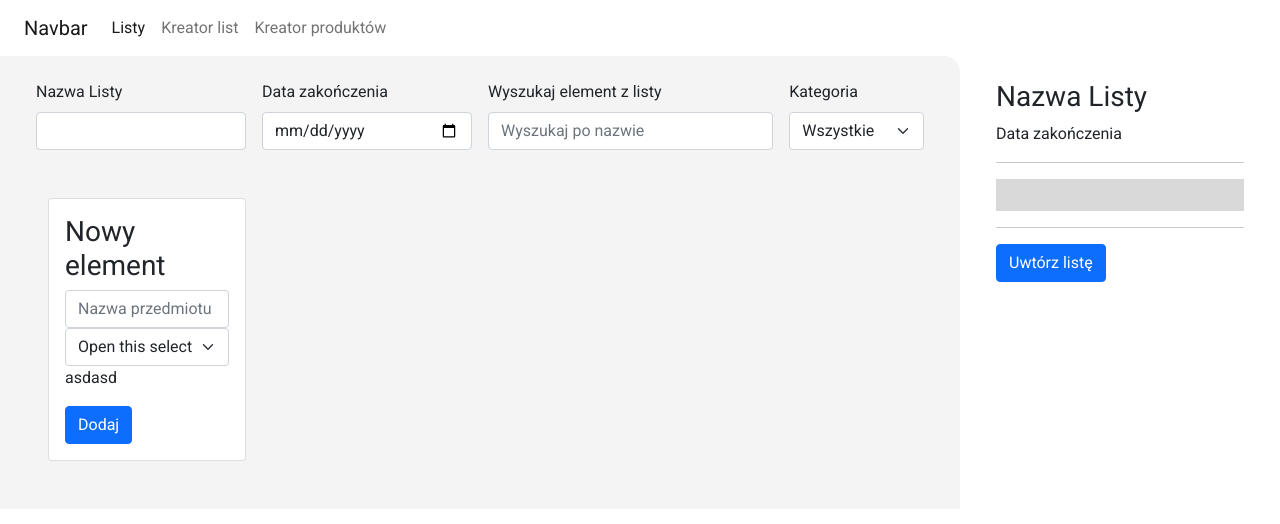
Repository: alphatra/Task-menager
Page: http://localhost/php/src/views/createList.php
An editor plug-in stored every save of this project. The page is shown before and after the next save, followed by the edit.
The browser window is 1280 px wide. The pictures show the whole page.
The page is run by PHP 8.4 with error messages shown; the project is at /var/www/html/. Queries for data that is not in the repository find no rows.

Above is the page before, as saved 2023-02-11 17:03:45.

### php/src/views/createList.php
<!DOCTYPE html>
<html lang="en">
<head>
    <meta charset="UTF-8">
    <meta http-equiv="X-UA-Compatible" content="IE=edge">
    <meta name="viewport" content="width=device-width, initial-scale=1.0">
    <title>Document</title>
    <script src="https://ajax.googleapis.com/ajax/libs/jquery/3.6.1/jquery.min.js"></script>
    <link href="https://cdn.jsdelivr.net/npm/bootstrap@5.0.2/dist/css/bootstrap.min.css" rel="stylesheet" integrity="sha384-EVSTQN3/azprG1Anm3QDgpJLIm9Nao0Yz1ztcQTwFspd3yD65VohhpuuCOmLASjC" crossorigin="anonymous">
    <script src="https://cdn.jsdelivr.net/npm/@popperjs/core@2.9.2/dist/umd/popper.min.js" integrity="sha384-IQsoLXl5PILFhosVNubq5LC7Qb9DXgDA9i+tQ8Zj3iwWAwPtgFTxbJ8NT4GN1R8p" crossorigin="anonymous"></script>
    <script src="https://cdn.jsdelivr.net/npm/bootstrap@5.0.2/dist/js/bootstrap.min.js" integrity="sha384-cVKIPhGWiC2Al4u+LWgxfKTRIcfu0JTxR+EQDz/bgldoEyl4H0zUF0QKbrJ0EcQF" crossorigin="anonymous"></script>
    <script>
        const catergories = {
            1: 'Elektronika',
            2: 'Meble',
            3: 'Kosmetyki',
            4: 'Jedzenie',
            5: 'Ubrania',
            6: 'Zabawki',
            7: 'Sport',
            8: 'Książki',
            9: 'Narzędzia',
            10: 'RTV'
        }

        console.log(catergories);
        $(document).ready(function() {
            const select = $('select');
            $.each(catergories, function(i, item) {
                $('select').append($("<option>", {
                    value: item,
                    text: item
                }))
                $('select').append($("<option>", {
                    value: item,
                    text: item
                }))
            });
            let _dataItems = [];
            let private_item = $(`<div class="col-xl-3 col-lg-4 col-md-6 col-12 mb-4">
                        <div class="card">
                            <div class="card-body">
                                <h3 class="card-title">Nowy element</h3>
                                <input type="text" class="form-control" id="priv_item" placeholder="Nazwa przedmiotu">
                                <select id="inputState" class="form-select">
                                    <option selected>Open this select menu</option>

                                    </select>
                                <p class="card-text">asdasd</p>
                                <input class="btn btn-primary" id="add_tolist" type="button" value="Dodaj">
                            </div>
                        </div>
                    </div>`);
    let loadData = (param,_category) => {
        $.ajax({
            url: '../controller.php',
            dataType: 'json',
            method: 'POST',
            data:{tablename:"products", search: param, category:_category},
            beforeSend: function() {
                $("#loading-image").show();
             },
            success: function(data) {
                console.log(data);
                let content = $('#objects').empty()
                content.append(private_item)
                let dataItems = JSON.parse(JSON.stringify(data))
                _dataItems = data
                dataItems = dataItems.map((item) => {
                    return $(`
                    <div class="col-lg-3 col-md-5 col-sm-5 mb-4">
      <div class="card">
        <div class="card-header img-atas" style="background-image: url('https://picsum.photos/300/100'); background-position: 50% 10%;">
        </div>
        <div class="card-body">
          <div class="row">
            <h5>${item.product_name}</h5>
          </div>
          <div class="row">
            <h6 class="text-secondary">${catergories[item.category_id]}</h6>
          </div>
          <div class="row">
            <div class="d-flex justify-content-between">
              <p class="text-primary">${item.product_description.substring(0, 29)}</p>
              <p class="text-warning">
		<input class="btn btn-primary" id="add_tolist" type="button" value="Dodaj" data-product-id="${item.id_product}" data-product-name="${item.product_name}" data-product-quantity="1">
		</p>
            </div>
          </div>
        </div>
      </div>
    </div>
                    `)
                })
                content.append(dataItems)

            },
            error: function (jqXHR, exception){
                console.log(jqXHR, exception);

            }
        })

    }
    let createList_Ajax = (param) =>{
        $.ajax({
            url: '../controller_1.php',
            method: 'POST',
            data:{data: param},
            cache: false,
            success: function(data) {
                console.log(data);
            },
            error: function (xhr, status, error){
                console.log(status);

            }
        })
    }
    let createListItems_Ajax = (param) =>{
        $.ajax({
            url: '../controller_1.php',
            method: 'POST',
            data:{data: param},
            cache: false,
            success: function(data) {
                console.log(data);
            },
            error: function (xhr, status, error){
                console.log(status);

            }
        })
    }

    loadData()

    $("#searchItem, select").on("keyup change", function() {
        let inputVal = $("#searchItem").val();
        let selectVal = $("select").val();
        if (inputVal.length > 0 || selectVal > 0) {
            inputVal = inputVal.length == 0 ? '' : inputVal;
            selectVal = selectVal == 0 ? '' : selectVal;
            loadData(inputVal, selectVal);
        } else {
            loadData();
        }
    });
    let products = {product_id:[],product_title:[],qty:[]};
    let list = {
            list_name: '',
            end_date: '',
            products: [products]
        };

    let add_products = (id, title, quantity) => {
        if (!checkIfExists(id)) {
            products.product_id.push(id);
            products.product_title.push(title);
            products.qty.push(quantity);
        }
    }

    let checkIfExists = (id) => {
        for (let i = 0; i < products.product_id.length; i++) {
            if (products.product_id[i] === id) {
                return true;
            }
        }
        return false;
    }

    let searchedProduct = (_id) =>{
        let found =  _dataItems.find(e => e.id_product == _id)
        return found.product_name
    }

    let generateContent = (_item,_qty) => {
        let content = $('#list_elements')
        content.empty()
        console.log(_qty);
        let listItems = _item.map((item) => {
            return $(`
            <h5>${searchedProduct(+item)}</h5>
            <input type="number" id="qty" value="1" class="form-control form-icon-trailing" />
            `)})
        content.append(listItems)
    }

    let crateList = () => {
        if(list.list_name != '' || list.end_date != '' || products.product_id.length != 0){
            console.log(list);
            createList_Ajax(list)
        }
    }
    $(document).on("click", "#add_tolist", function() {
        //console.log(list);
        //console.log(+this.name);
        //console.log(searchedProduct(+this.name));
        var productId = $(this).data('product-id');
        var productName = $(this).data('product-name');
        var productQuantity = $(this).data('product-quantity');

        console.log("Id produktu: " + productId);
        console.log("Nazwa produktu: " + productName);
        console.log("Ilość produktu: " + productQuantity);
        // Obsługa okienka modalnego z bootstrapa
        var myModal = new bootstrap.Modal(document.getElementById("exampleModal"))
        if(list.list_name == '' || list.end_date == ''){
            myModal.show()
            $(document).on("click", ".btn-secondary", function() {
                myModal.hide()
            })
            if (list.list_name == '') {
                $("#listName").addClass("is-invalid")
            }else{
                $("#listName").removeClass("is-invalid")
            }
            if (list.end_date == '') {
                $("#endDate").addClass("is-invalid")
            }else{
                $("#endDate").removeClass("is-invalid")
            }
            //console.log("Nie",list)
        }else{
            add_products(productId, productName, productQuantity);
            generateContent(list.products['product_id'],list.products['qty'])
            $("#listName, #endDate").removeClass("is-invalid")
            //console.log("Tak",list);
        }
    });
    $(document).on("click", "#crateList_button", function() {
        console.log(crateList());
    });
    $("#listName, #endDate").on("keyup change",function(){
        list = {
            list_name: $("#listName").val(),
            end_date: $("#endDate").val(),
            products: products
        }
        $("#list_name").text($("#listName").val());
        $("#end_date").text($("#endDate").val());
    });
})

    </script>
    <link rel="stylesheet" href="../assets/style.css">
</head>
<body>
    <!-- Modal -->
    <div class="modal fade" id="exampleModal" tabindex="-1" role="dialog" aria-labelledby="exampleModalLabel" aria-hidden="true">
        <div class="modal-dialog">
            <div class="modal-content">
                <div class="modal-header">
                    <h5 class="modal-title" id="exampleModalLabel">Uwaga!</h5>
                    <button type="button" class="btn-close" data-dismiss="modal" aria-label="Zamknij"></button>
                </div>
                <div class="modal-body">
                    Nie wypełniłeś wszystkich pól!
                </div>
                <div class="modal-footer">
                    <button type="button" class="btn btn-secondary" data-dismiss="modal">Zamknij</button>
                </div>
            </div>
        </div>
    </div>

    <div class="container-fluid">
        <nav class="navbar navbar-expand-lg navbar-light ">
            <div class="container-fluid">
                <a class="navbar-brand" href="#">Navbar</a>
                <button class="navbar-toggler" type="button" data-bs-toggle="collapse" data-bs-target="#navbarNav" aria-controls="navbarNav" aria-expanded="false" aria-label="Toggle navigation">
                    <span class="navbar-toggler-icon"></span>
                </button>
                <div class="collapse navbar-collapse" id="navbarNav">
                    <ul class="navbar-nav">
                        <li class="nav-item">
                            <a class="nav-link active" href="/">Listy</a>
                        </li>
                        <li class="nav-item">
                            <a class="nav-link" aria-current="page" href="views/createList.php">Kreator list</a>
                        </li>
                        <li class="nav-item">
                            <a class="nav-link" href="views/createProduct.php">Kreator produktów</a>
                        </li>
                    </ul>
                </div>
            </div>
        </nav>
        <div class="row">
            <div class="col-lg-9" style="background-color: #F4F4F4; border-top-right-radius: 1rem">
                <div class="container py-4 px-4">
                <form class="row g-3 needs-validation" novalidate>
                    <div id="listName_" class="col-md-3">
                        <label for="listName" class="form-label">Nazwa Listy</label>
                        <input type="text" class="form-control" id="listName" required>
                        <div class="invalid-feedback">
                            Podaj nazwę listy!
                        </div>
                    </div>
                    <div id="endDate_" class="col-md-3">
                        <label for="endDate" class="form-label">Data zakończenia</label>
                        <input type="date" class="form-control" id="endDate" required>
                        <div class="invalid-feedback">
                            Podaj nazwę listy!
                        </div>
                    </div>
                    <div id="searchItem_" class="col-md-4">
                        <label for="searchItem" class="form-label">Wyszukaj element z listy</label>
                        <input type="search" class="form-control" id="searchItem" aria-label="Search" placeholder="Wyszukaj po nazwie">
                    </div>
                    <div class="col-md-2">
                        <label for="inputState" class="form-label">Kategoria</label>
                        <select id="inputState" class="form-select">
                            <option selected value="0">Wszystkie</option>

                        </select>
                    </div>
                </form>
                <div id="objects" class="row m-0 mt-5"></div>
                </div>
            </div>
            <div class="col-lg-3">
                <div class="container pt-4">
                <h3 id="list_name">Nazwa Listy</h3>
                <span id="end_date">Data zakończenia</span>
                <hr class="hr1" />
                <div id="list_elements" class="px-3 py-3" style="background-color:#D9D9D9"></div>
                <hr class="hr1" />
                <button type="submit" id="crateList_button" class="btn btn-primary">Uwtórz listę</button>
                </div>
            </div>
        </div>
    </div>
</body>
</html>

### php/src/controller.php
<?php
session_start();
require_once('./model/CRUD.php');


$db = new db();
$_tablename = $_POST['tablename'];
if(isset($_POST['search'])){
    $search = $_POST['search'];
    $result = $db->searchData($_tablename,$search,'');
    if(isset($_POST['category'])){
        $_category = $_POST['category'];
        $result = $db->searchData($_tablename,$search,$_category);
    }
    echo $result;
}else{
    echo $db->getData($_tablename);
}
?>

### php/src/model/CRUD.php
<?php
class db{
    private $conn;
    public $servername;
    public $username;
    public $password;
    public $database;
    public $tablename;

    public function __construct($host="db", $database="mydb",
                                $username="root", $password="root"){
        $this->host = $host;
        $this->database = $database;
        $this->username = $username;
        $this->password = $password;

        try {
            // Tworzenie połączenia
            $this->conn = new mysqli($host, $username, $password, $database);
        } catch (Exception $e) {
            // Sprawdzanie połączenia
            die("Connection failed: " . mysqli_connect_error());

        }

        return $this->conn;
    }

    // Wyświetlanie list z bazy danych
    public function getData($tablename){
        $this->tablename = $tablename;
        $query = "SELECT * FROM $this->tablename";
        $result = mysqli_query($this->conn, $query);
        $result = mysqli_fetch_all($result, MYSQLI_ASSOC);

        return json_encode($result);
    }

    // Wyświetlanie list z bazy danych wraz z wyszukiwaniem
    public function searchData($tablename, $search, $category){
        $this->tablename = $tablename;
        $this->search = $search;
        $this->category = $category;
        if($tablename == 'products'){
            $query = "SELECT * FROM $this->tablename WHERE product_name LIKE '$this->search%'";
            if($category != ''){
                $query .= " AND category_id = $this->category";
            }
        }else{
            $query = "SELECT * FROM $this->tablename WHERE name LIKE '$this->search%'";
            if($category != ''){
                $query .= " AND category_id = $this->category";
            }
        }
        $result = mysqli_query($this->conn, $query);
        $result = mysqli_fetch_all($result, MYSQLI_ASSOC);

        return json_encode($result);
    }
    /*
    public function searchData($tablename="", $search=""){
        $this->tablename = "list";
        $this->search = "{$search}%";
        $query = "SELECT * FROM $this->tablename WHERE name LIKE ?";
        $stmt = $this->conn->prepare($query);
        $stmt->bind_param("s",$search);
        $stmt->execute();
        $result = $stmt->get_result();

        return json_encode($result->fetch_all(MYSQLI_ASSOC));
    }
    */

    // Dodawanie produktów do bazy danych
    public function createProduct($Param){
        $product_name = $Param[0];
        $product_description = $Param[1];
        $product_image = $Param[2];
        $category_id = $Param[3];
        $query = "INSERT INTO products (product_name, product_description, product_image, category_id)
                    VALUES ('{$product_name}', '{$product_description}', '{$product_image}', '{$category_id}')";

        mysqli_query($this->conn, $query);
    }

    public function fetchData($Data){
        $this->Data = $Data;
        $decoded_json = json_decode($Data, true);
        $product_name = $decoded_json['product_name'];
        $product_description = $decoded_json['product_description'];
        $product_image = $decoded_json['product_image'];
        $category_id = $decoded_json['category_id'];
        return [$product_name, $product_description, $product_image, $category_id];
    }

    public function getMaxId($tablename){
        $this->tablename = $tablename;
        $query = "SELECT MAX( id ) AS `Max_Id` FROM $this->tablename";
        $result = mysqli_query($this->conn, $query);
        $result = mysqli_fetch_all($result, MYSQLI_ASSOC);
        $result = $result[0]['Max_Id'];

        return $result + 1;
    }

    public function getIdList($list_name){
        $this->list_name = $list_name;
        $query = "SELECT id FROM list WHERE name = '$this->list_name'";
        $result = mysqli_query($this->conn, $query);
        $result = mysqli_fetch_all($result, MYSQLI_ASSOC);
        $result = $result[0]['id'];

        return $result;
    }

    public function createList($list_name, $end_date){
        $id = $this->getMaxId('list');
        $this->list_name = $list_name;
        $created_date = date("Y-m-d h:i:s");
        $this->end_date = $end_date;
        $query = "INSERT INTO list (id, name, created_date, end_date) VALUES ('{$id}','{$list_name}','{$created_date}','{$end_date}')";
        mysqli_query($this->conn, $query);
        return $query;
    }

    public function createListItems($qty,$list_name,$id_product){
        $id = $this->getMaxId('list_items');
        $this->qty = $qty;
        $this->list_name = $list_name;
        $list_name = $this->getIdList($list_name);
        $this->id_product = $id_product;

        $query = "INSERT INTO list_items (id, quantity, list_id, id_product) VALUES ('{$id}', '{$this->qty}', '{$list_name}', '{$this->id_product}')";
        mysqli_query($this->conn, $query);
        return $query;
    }

    public function addPrivateItem($item_key, $item_name, $item_category){
        $this->item_key = $item_key;
        $this->item_name = $item_name;
        $this->item_category = $item_category;

        $query = "INSERT INTO private_items (item_key, item_name, category_id) VALUES ('{$item_key}', '{$item_name}', '{$item_category}')";
        mysqli_query($this->conn, $query);
        return $query;
    }
}
?>

### php/src/assets/style.css
@import url('https://fonts.googleapis.com/css2?family=Roboto:ital,wght@0,300;0,400;1,500&display=swap');

body {
    font-family: 'Roboto', sans-serif;
    font-size: 16px;
    line-height: 1.5;
    background-color: white;
    margin: 0;
    padding: 0;
}
.black-border {
    border: 1px solid black;
    padding: 1rem;
}
.img-atas {
    width: auto;
    height: 100px;
    background-repeat: no-repeat;
    background-position: center;
    background-size: cover;
  }

hr {
    margin: 1rem 0;
    color: inherit;
    background-color: currentColor;
    border: 0;
    opacity: 0.25;
  }

After the next save:
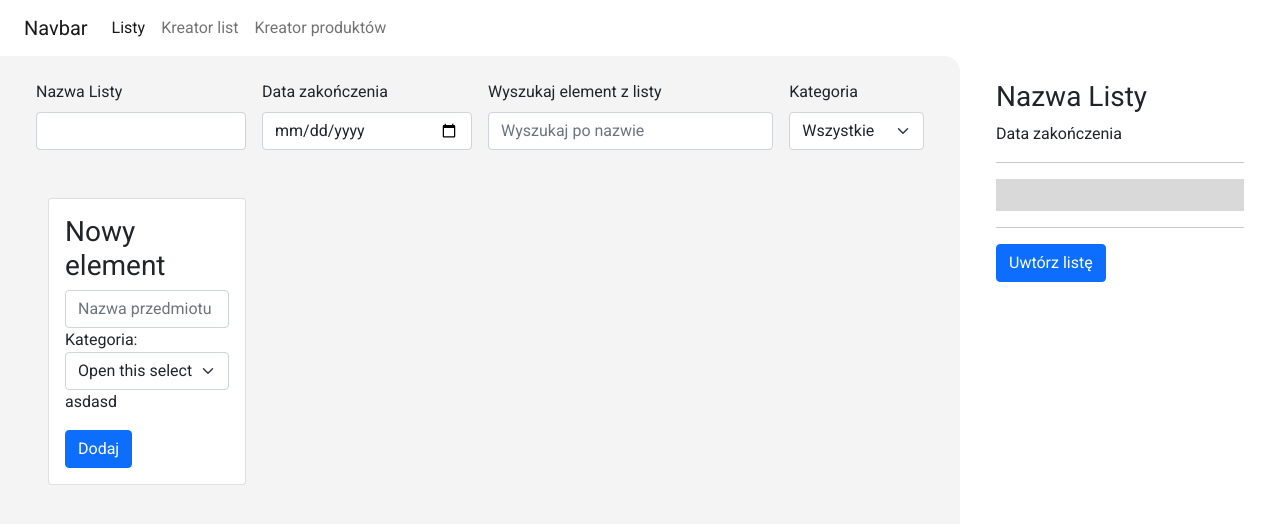
Saved 26 s later.
--- a/php/src/views/createList.php
+++ b/php/src/views/createList.php
@@ -42,7 +42,7 @@
                             <div class="card-body">
                                 <h3 class="card-title">Nowy element</h3>
                                 <input type="text" class="form-control" id="priv_item" placeholder="Nazwa przedmiotu">
-                                <select id="inputState" class="form-select">
+                                Kategoria: <select id="inputState" class="form-select">
                                     <option selected>Open this select menu</option>
 
                                     </select>
